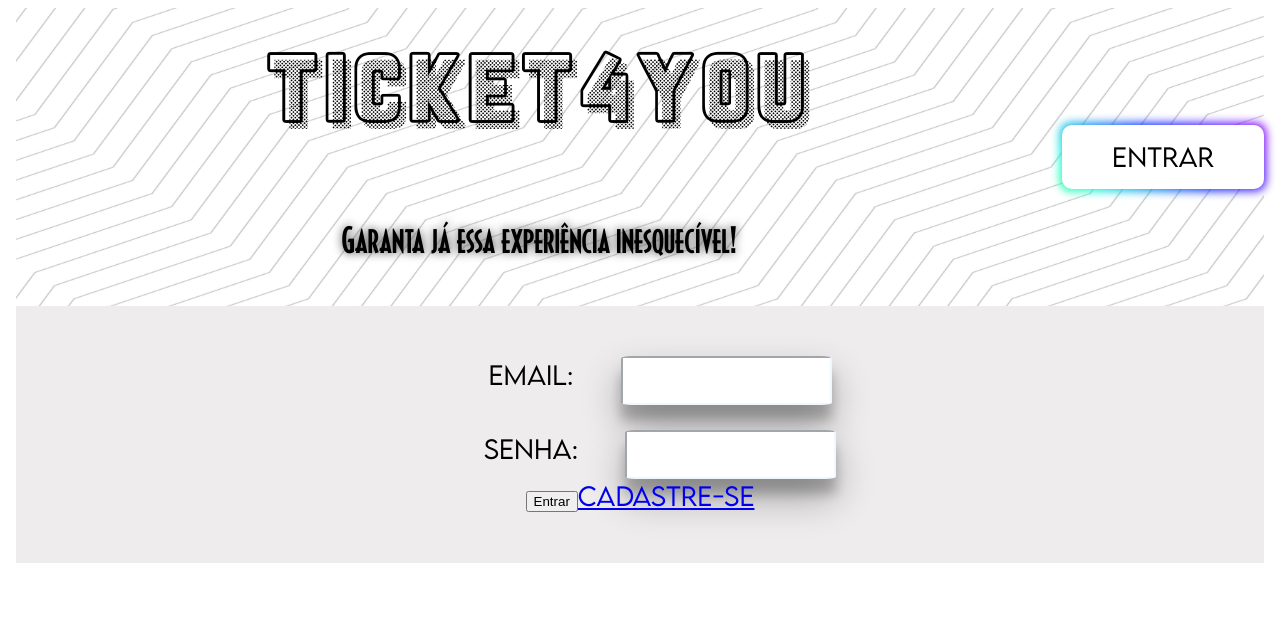
Repository: hellengurgaczz/projeto-DSA
Page: /login
An editor plug-in stored every save of this project. The page is shown before and after a run of saves, followed by the edit.
The browser window is 1280 px wide. The pictures show the whole page.
The project was rebuilt for these pictures with package versions that can differ from the ones it lists, and the page was loaded fresh each time. Also part of the build but not shown: angular.json, src/app/ingressos/templates/cadastrar/cadastrar.component.ts, src/app/models/ingresso.model.ts, src/app/services/ingresso.service.ts, src/app/compra/comprar-ingresso/comprar-ingresso.component.ts, src/app/models/compra.model.ts, src/app/services/compra.service.ts, src/app/ingressos/templates/deletar/deletar.component.ts and 3 more.

Above is the page before, as saved 2022-05-10 12:35:17.

### src/index.html
<!doctype html>
<html lang="en">
<head>
  <meta charset="utf-8">
  <title>ProjetoDSA</title>
  <base href="/">
  <meta name="viewport" content="width=device-width, initial-scale=1">
  <link rel="icon" type="image/x-icon" href="favicon.ico">
</head>
<body>
  <app-root></app-root>
</body>
</html>

### src/app/app.module.ts
import { NgModule } from '@angular/core';
import { BrowserModule } from '@angular/platform-browser';
import { HttpClientModule } from '@angular/common/http';

import { AppRoutingModule } from './app-routing.module';
import { BrowserAnimationsModule } from '@angular/platform-browser/animations';
import { AppComponent } from './app.component';
import { HeaderComponent } from './ingressos/templates/header/header.component';
import { CadastrarComponent } from './ingressos/templates/cadastrar/cadastrar.component';
import { ListarComponent } from './ingressos/templates/listar/listar.component';
import { DeletarComponent } from './ingressos/templates/deletar/deletar.component';
import { EditarComponent } from './ingressos/templates/editar/editar.component';

// imports angular material

import { FormsModule } from '@angular/forms';
import { ComprarIngressoComponent } from './compra/comprar-ingresso/comprar-ingresso.component';
import { LoginComponent } from './login/login.component';
import { LoginCadastroComponent } from './login/login-cadastro/login-cadastro.component';


@NgModule({
  imports: [
    BrowserModule,
    AppRoutingModule,
    HttpClientModule,
    BrowserAnimationsModule,
    FormsModule
  ],
  declarations: [
    AppComponent,
    HeaderComponent,
    CadastrarComponent,
    ListarComponent,
    DeletarComponent,
    EditarComponent,
    ComprarIngressoComponent,
    LoginComponent,
    LoginCadastroComponent
  ],
  providers: [],
  bootstrap: [AppComponent]
})
export class AppModule { }

### src/app/app-routing.module.ts
import { NgModule } from '@angular/core';
import { RouterModule, Routes } from '@angular/router';
import { CadastrarComponent } from './ingressos/templates/cadastrar/cadastrar.component';
import { ComprarIngressoComponent } from './compra/comprar-ingresso/comprar-ingresso.component';
import { DeletarComponent } from './ingressos/templates/deletar/deletar.component';
import { EditarComponent } from './ingressos/templates/editar/editar.component';
import { ListarComponent } from './ingressos/templates/listar/listar.component';
import { LoginComponent } from './login/login.component';
import { LoginCadastroComponent } from './login/login-cadastro/login-cadastro.component';

const routes: Routes = [
  {path: "", component: ListarComponent},
  {path: "cadastrar", component: CadastrarComponent},
  {path: "listar", component: ListarComponent},
  {path: "editar/:id", component: EditarComponent},
  {path: "deletar/:id", component: DeletarComponent},
  {path: "comprar/:id", component: ComprarIngressoComponent},
  {path: "login", component: LoginComponent},
  {path: "login/cadastro", component: LoginCadastroComponent}
];

@NgModule({
  imports: [RouterModule.forRoot(routes)],
  exports: [RouterModule]
})

export class AppRoutingModule { }

### src/app/app.component.ts
import { Component } from '@angular/core';

@Component({
  selector: 'app-root',
  templateUrl: './app.component.html',
  styleUrls: ['./app.component.css']
})
export class AppComponent {
  title = 'projeto-DSA';
}

### src/app/login/login.component.ts
import { Component, OnInit } from '@angular/core';
import { ActivatedRoute, Router } from '@angular/router';
import { Login } from '../models/login.model';
import { LoginService } from '../services/login.service';

@Component({
  selector: 'app-login',
  templateUrl: './login.component.html',
  styleUrls: ['./login.component.css']
})
export class LoginComponent implements OnInit {

  login: Login = new Login();

  constructor(private service: LoginService, private router: Router, private route: ActivatedRoute) { }

  ngOnInit(): void {

  }

  verificarLogin() {
    this.service.buscarLogin(this.login).subscribe(() => {
      this.router.navigate(['/listar']);
    });
  }

}

### src/app/app.component.html
<body>
  <app-header></app-header>

  <main>

    <router-outlet></router-outlet>

  </main>
</body>

### src/app/app.component.css
body {
    background-color: rgba(146, 132, 132, 0.151);
}

### src/app/ingressos/templates/header/header.component.html

<div class="header">
    <div class="titulo">
        <h1 style="font-weight: lighter;">
            TICKET4YOU
        </h1>
        <h4 class="desc">
            Garanta já essa experiência inesquecível!
        </h4>
    </div>
    <div class="login">
        <a routerLink="./login">Entrar</a>
    </div>
</div>

### src/app/ingressos/templates/header/header.component.css
div.header {
    display: flex;
    flex-direction: row;
    background-image: url(../fonts/SL_042620_30310_10.jpg);
    background-size: cover;
}

.titulo {
    display: flex;
    width: 95%;
    align-items: center;
    justify-content: center;
    flex-direction: column;
    font-size: 25px;
    font-family:AMP;
}

.desc{
  font-family: DecoturaICG;
  text-shadow: 0 0 10px #424242;
  font-size: 35px;
  font-weight: lighter
}

.login {
    display: flex;
    justify-content: end;
    align-items: center;
}

a{
  padding: 0.6em 2em;
  border: none;
  text-decoration: none;
  font-family: LEMONMILK-Light;
  font-size: 25px;
  outline: none;
  color: rgb(0, 0, 0);
  background: rgb(255, 255, 255);
  cursor: pointer;
  position: relative;
  z-index: 0;
  border-radius: 10px;
  user-select: none;
  -webkit-user-select: none;
  touch-action: manipulation;
}

a::before{
  content: "";
  background: linear-gradient(
    45deg,
    #ff0000,
    #ff7300,
    #fffb00,
    #48ff00,
    #00ffd5,
    #002bff,
    #7a00ff,
    #ff00c8,
    #ff0000
  );
  position: absolute;
  top: -2px;
  left: -2px;
  background-size: 400%;
  z-index: -1;
  filter: blur(5px);
  -webkit-filter: blur(5px);
  width: calc(100% + 4px);
  height: calc(100% + 4px);
  animation: glowing-button-85 20s linear infinite;
  transition: opacity 0.3s ease-in-out;
  border-radius: 10px;
}

a::after{
  z-index: -1;
  content: "";
  position: absolute;
  width: 100%;
  height: 100%;
  background: rgb(255, 255, 255);
  left: 0;
  top: 0;
  border-radius: 10px;
}

@font-face{
  font-family: AMP;
  src:url(../fonts/AMP.ttf)
}

@font-face{
  font-family: LEMONMILK-Light;
  src: url(../fonts/LEMONMILK-Light.otf);
}

@font-face{
  font-family: DecoturaICG;
  src: url(../fonts/DecoturaICG.ttf);
}

@keyframes glowing-button-85 {
  0% {
    background-position: 0 0;
  }
  50% {
    background-position: 400% 0;
  }
  100% {
    background-position: 0 0;
  }
}

### src/app/login/login.component.html
<div class="all">
    <label class="email" for="email">Email: </label>
    <input type="text"  name="email" class="emailinput" [(ngModel)]="login.email">

    <p></p>

    <label class="senha" for="senha">Senha: </label>
    <input type="password"  name="email" class="senhainput" [(ngModel)]="login.senha">

    <div>
        <button (click)="verificarLogin()">Entrar</button>
        <a routerLink="login/cadastro">Cadastre-se</a>
    </div>
</div>

### src/app/login/login.component.css
.all{
  font-family: LEMONMILKLight;
  font-size: 25px;
  text-align: center;
  padding: 50px;
}

.email{
  margin: 40px;
}

.senha{
  margin: 40px;
}

.emailinput{
  padding: 15px;
  border-radius: 5%;
  box-shadow: rgba(0, 0, 0, 0.3) 0px 19px 38px, rgba(0, 0, 0, 0.22) 0px 15px 12px;
  border-color: aliceblue;
}

.senhainput{
  padding: 15px;
  border-radius: 5%;
  box-shadow: rgba(0, 0, 0, 0.3) 0px 19px 38px, rgba(0, 0, 0, 0.22) 0px 15px 12px;
  border-color: aliceblue;
}

@font-face{
  font-family: LEMONMILKLight;
  src: url(fonts/LEMONMILK-Light.otf);
}

### src/app/models/login.model.ts
export class Login {
    id: number = 0;
    email?: string;
    senha?: string;
}

### src/app/services/login.service.ts
import { HttpClient } from '@angular/common/http';
import { Injectable } from '@angular/core';
import { Observable } from 'rxjs';
import { Login } from '../models/login.model';

@Injectable({
  providedIn: 'root'
})
export class LoginService {

  constructor(private http: HttpClient) { }

  URL = "http://localhost:3001/logins";


    buscarLogin(login : Login) : Observable<Login>{
      return this.http.get<Login>(this.URL + "/" + login.id);
    }

    cadastrarIngresso(login : Login) : Observable<any> {
      return this.http.post(this.URL, login);
    }
}

Loaded but not shown: src/styles.css (common file); src/main.ts (common file); src/environments/environment.ts (common file); src/app/ingressos/templates/header/header.component.ts (common file)

After the next 3 saves:
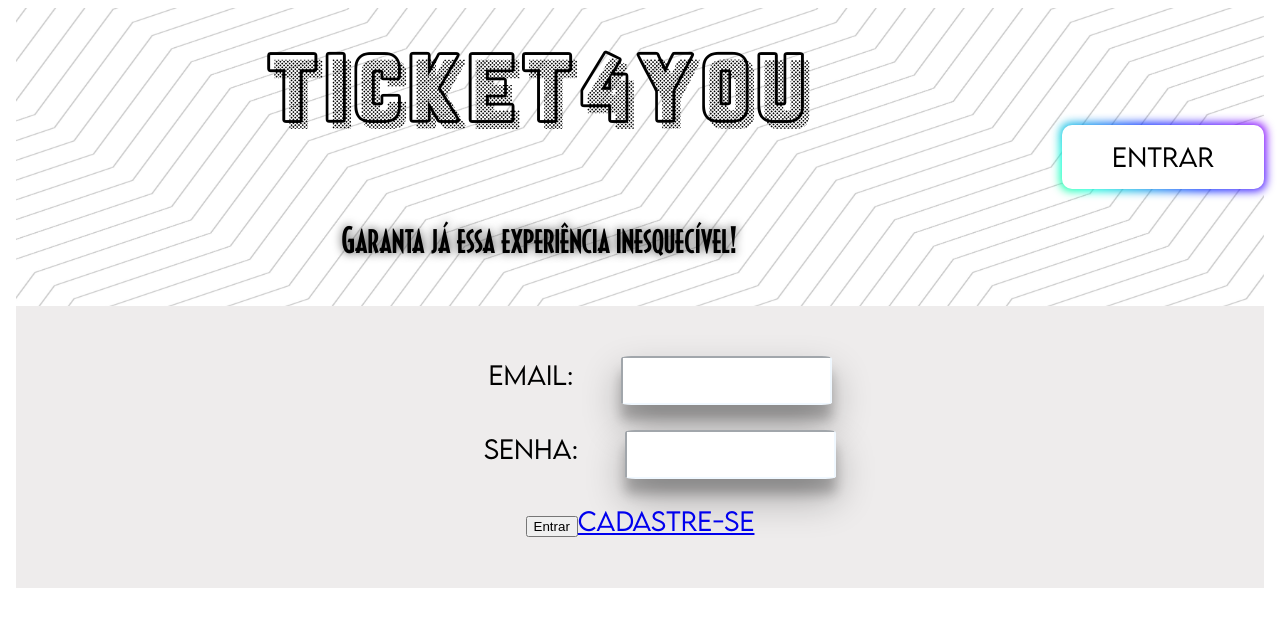
The 3 saves are shown as one change because they came seconds apart.
The last was saved 11 s later.
--- a/src/app/login/login.component.css
+++ b/src/app/login/login.component.css
@@ -25,6 +25,7 @@
   border-radius: 5%;
   box-shadow: rgba(0, 0, 0, 0.3) 0px 19px 38px, rgba(0, 0, 0, 0.22) 0px 15px 12px;
   border-color: aliceblue;
+  margin-bottom: 25px;
 }
 
 @font-face{
